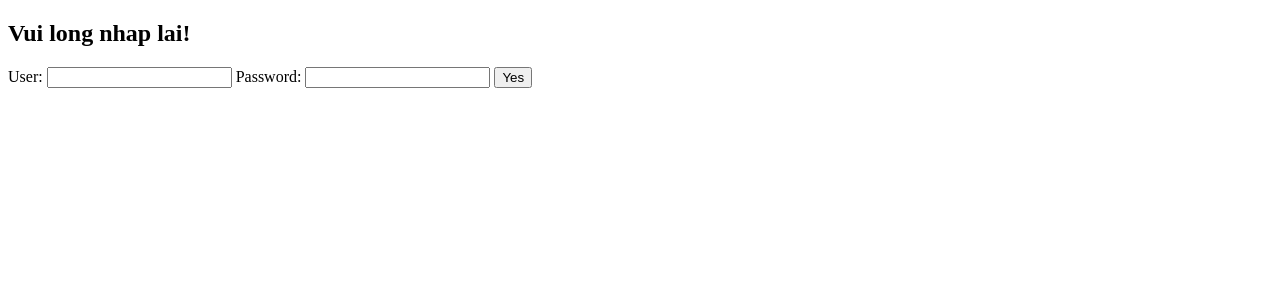
Repository: trangtruc/Java_NangCao
Page: Buoi3_LoginForm_EShop/LoginForm_Demo/WebContent/dangnhap.html
An editor plug-in stored every save of this project. The page is shown before and after the next save, followed by the edit.
The browser window is 1280 px wide. The pictures show the whole page.

Above is the page before, as saved 2017-03-07 04:34:52.

### Buoi3_LoginForm_EShop/LoginForm_Demo/WebContent/dangnhap.html
<!DOCTYPE html>
<html>
<head>
<meta charset="ISO-8859-1">
<title>Dang Nhap lai</title>
</head>
<body>
	<h2>Vui long nhap lai!</h2>
	<form method="POST" action="url_login">
		User: <input type="text" name="user"/>
		Password: <input type="password" name="pass"/>
		<input type="submit" value="Yes"/>
	</form>
</body>
</html>

After the next save:
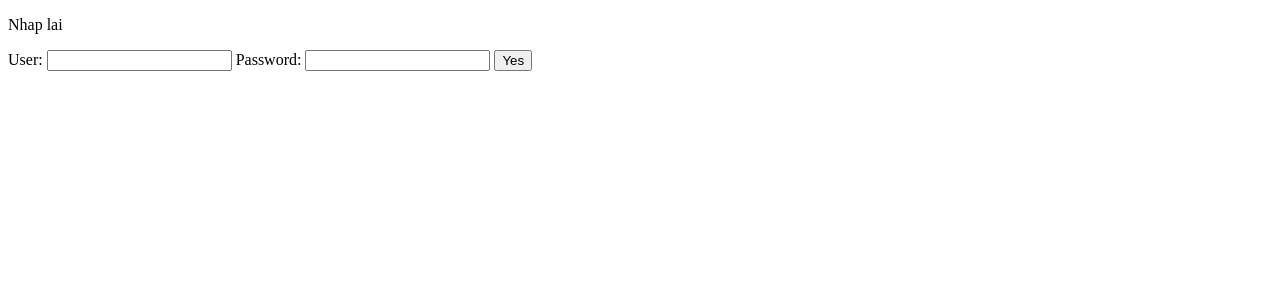
Saved 54 s later.
--- a/Buoi3_LoginForm_EShop/LoginForm_Demo/WebContent/dangnhap.html
+++ b/Buoi3_LoginForm_EShop/LoginForm_Demo/WebContent/dangnhap.html
@@ -5,7 +5,7 @@
 <title>Dang Nhap lai</title>
 </head>
 <body>
-	<h2>Vui long nhap lai!</h2>
+	<p>Nhap lai</p>
 	<form method="POST" action="url_login">
 		User: <input type="text" name="user"/>
 		Password: <input type="password" name="pass"/>
